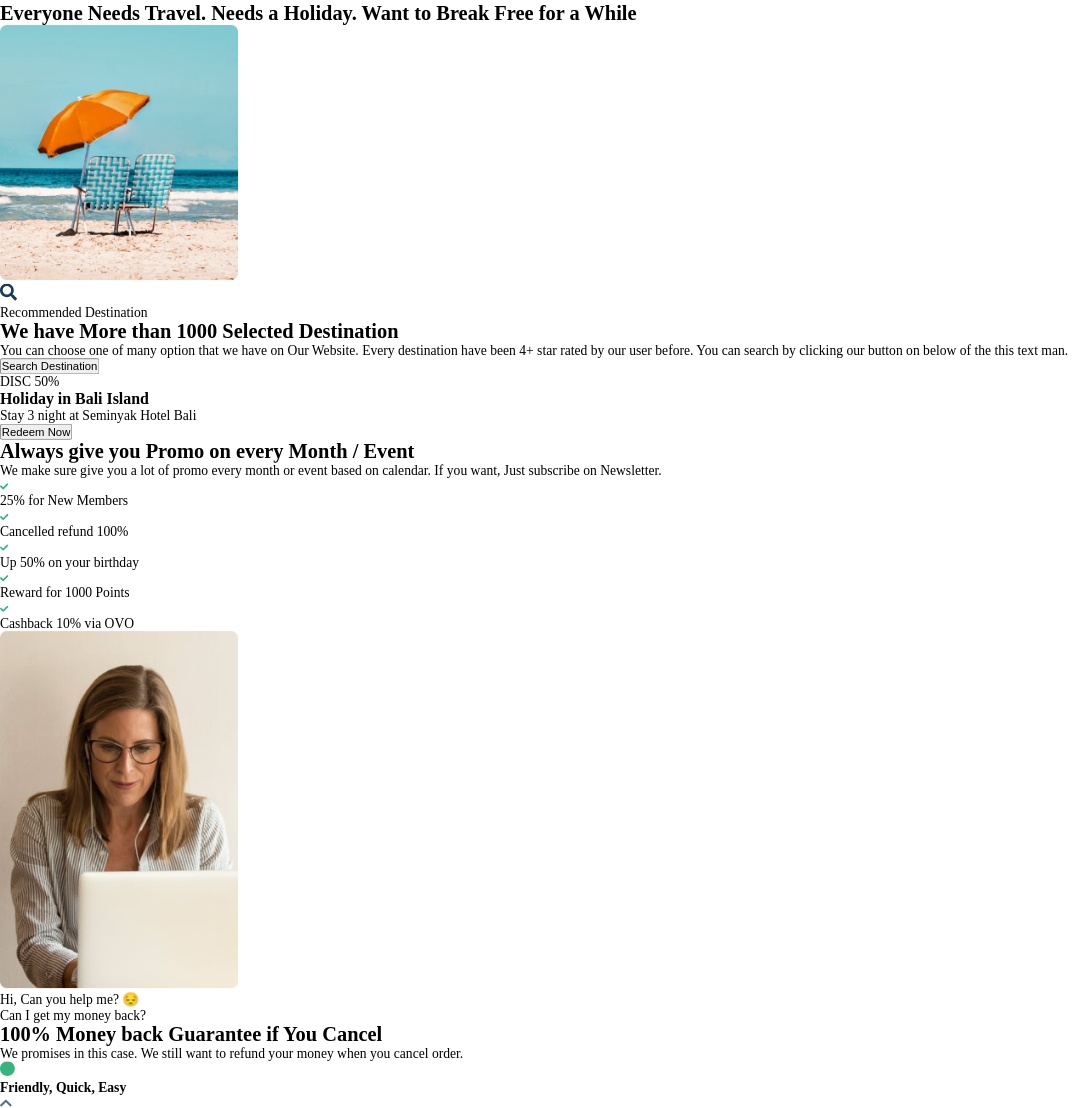
Repository: daviHmoraes/frontcomtailwind
Page: index.html
The author's editor kept a copy of each file at every save. The page is drawn from the files as they stood at one save, then again after the next save.
The browser window is 1280 px wide. The pictures show the part of the page from y = 3904 to 5208 px (the page is 6369 px tall before and 6388 px after), at 85% of full size.
A picture or video elsewhere on the page could not be fetched, so the positions and the page height are approximate.

Above is the page before, as saved 2026-08-31 18:41:55.

After the next save:
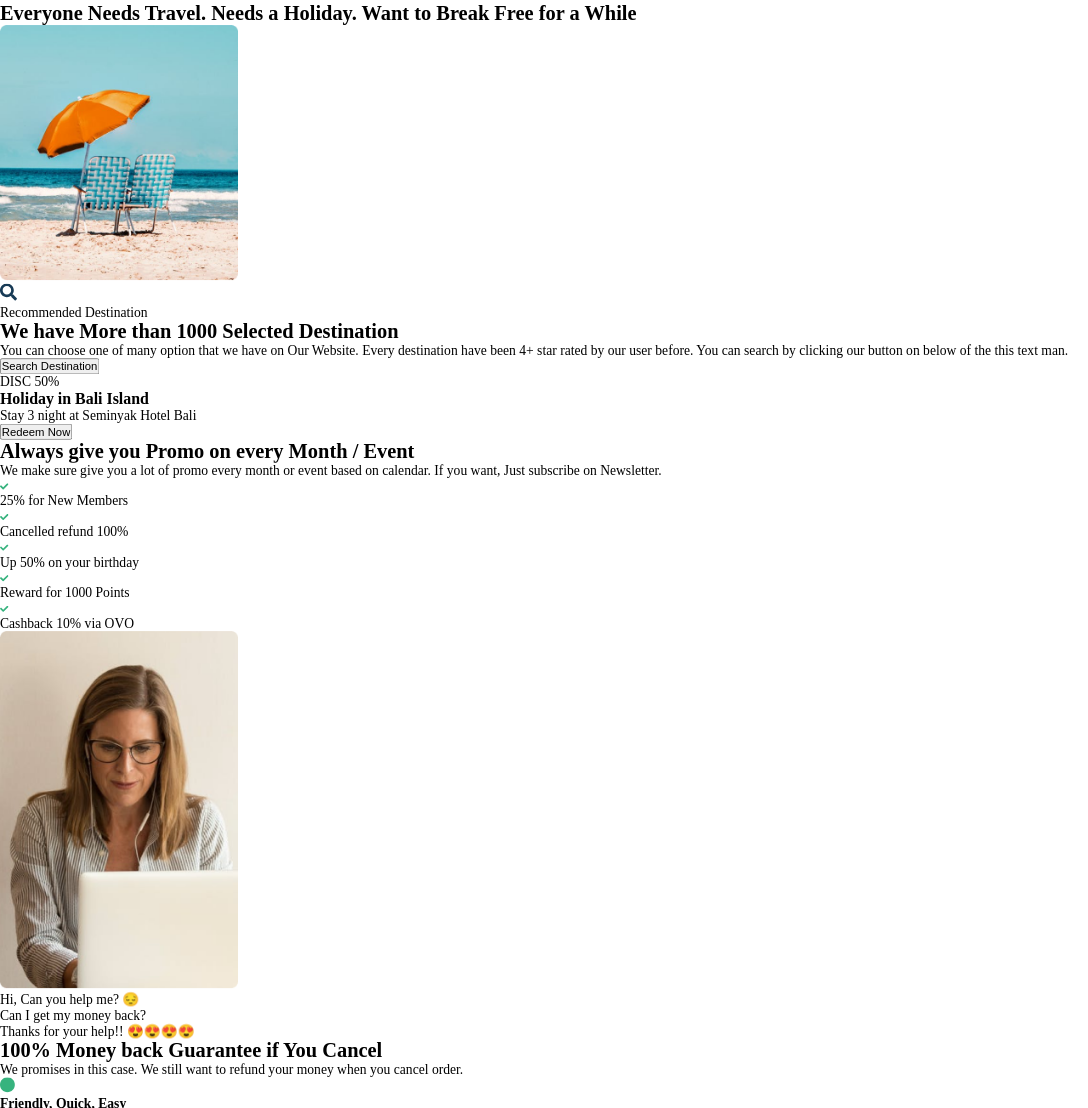
Saved 6 s later.
--- a/index.html
+++ b/index.html
@@ -355,7 +355,7 @@
                 <img src="/img/money-back-image.png" alt="Woman Using The Computer">
                 <div class="comment">Hi, Can you help me? 😔</div>
                 <div class="comment">Can I get my money back?</div>
-                <div class="comment"></div>
+                <div class="comment">Thanks for your help!! 😍😍😍😍</div>
             </div>
 
             <h2>100% Money back
